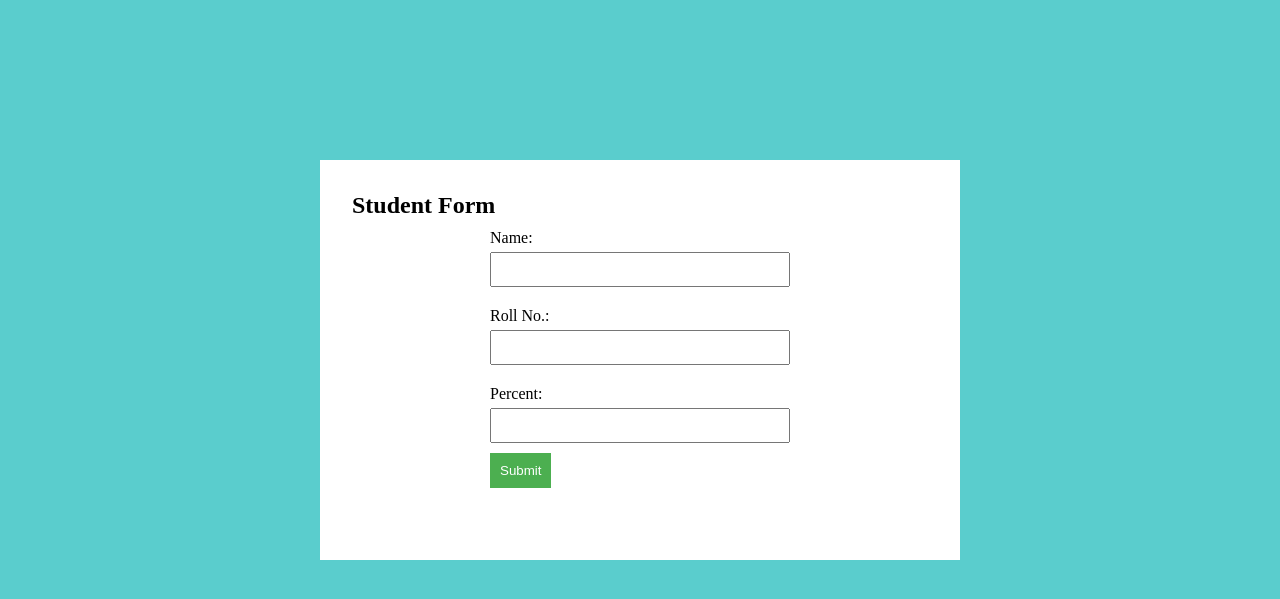
Repository: deeptimahisare1206/Todo_List
Page: http://localhost/Hib_Nest/
An editor plug-in stored every save of this project. The page is shown before and after the next save, followed by the edit.
The browser window is 1280 px wide. The pictures show the whole page.
The page is served by Tomcat 10. Other server files are loaded and not shown.

Above is the page before, as saved 2024-11-11 11:17:00.

### Hib_Nest/src/main/webapp/index.jsp
<%@ page language="java" contentType="text/html; charset=UTF-8"
	pageEncoding="UTF-8"%>
<html>
<head>
<style>
*{
margin:0;
padding:0;
box-sizing: border-box;

}
body {
display:grid;
place-items:center;
	background-color: #5acdcd;
	gap: 2rem;
	height: 100vh;
}

div{
padding:2rem;
	background-color: white;
	height: 25rem;
	width:50vw;
}

form {
    width: 300px;
    margin: 0 auto;
}

label {
    display: block;
    margin: 10px 0 5px;
}

input[type="text"],
input[type="number"] {
    width: 100%;
    padding: 8px;
    margin-bottom: 10px;
}

input[type="submit"] {
    background-color: #4CAF50;
    color: white;
    padding: 10px;
    border: none;
    cursor: pointer;
}

input[type="submit"]:hover {
    background-color: #45a049;
}
</style>
</head>
<body>
<div>
	<h2>Student Form</h2>

	<form action="Register" method="get">
		<label>Name:</label><input type="text" name="name"><label>Roll
			No.: </label> <input type="number" name="roll"> <label>Percent:
		</label><input type="number" name="percent"> <input type="submit"
			value="Submit">
	</form>
	</div>
</body>
</html>

After the next save:
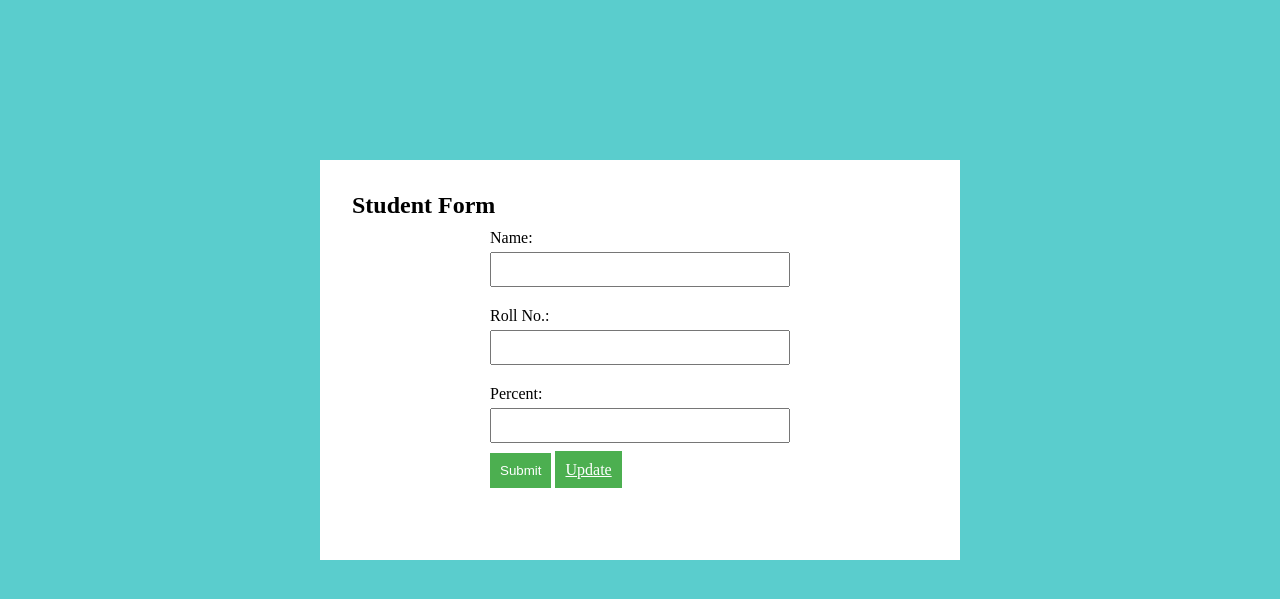
Saved 110 s later.
--- a/Hib_Nest/src/main/webapp/index.jsp
+++ b/Hib_Nest/src/main/webapp/index.jsp
@@ -41,7 +41,7 @@ input[type="number"] {
     margin-bottom: 10px;
 }
 
-input[type="submit"] {
+input[type="submit"] ,a{
     background-color: #4CAF50;
     color: white;
     padding: 10px;
@@ -63,6 +63,7 @@ input[type="submit"]:hover {
 			No.: </label> <input type="number" name="roll"> <label>Percent:
 		</label><input type="number" name="percent"> <input type="submit"
 			value="Submit">
+			<a href="update.jsap">Update</a>
 	</form>
 	</div>
 </body>
